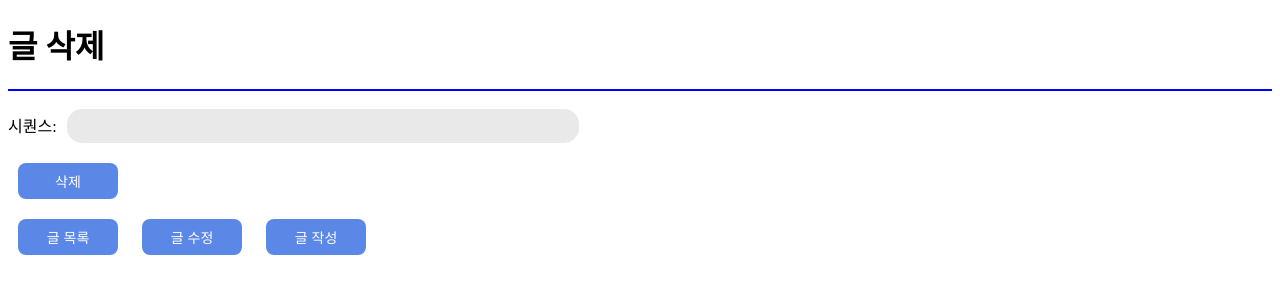
Repository: Yusubin/workEx
Page: test00/src/main/webapp/deleteForm.html
An editor plug-in stored every save of this project. The page is shown before and after the next save, followed by the edit.
The browser window is 1280 px wide. The pictures show the whole page.

Above is the page before, as saved 2022-02-15 03:29:56.

### test00/src/main/webapp/deleteForm.html
<!DOCTYPE html>
<html>
<head>
<meta charset="UTF-8">
<title>Insert title here</title>
<link rel="stylesheet" type="text/css" href="css/style.css">
</head>
<body>
<h1>글 삭제</h1>
	<hr color="blue">
	<form action="delete.jsp" method="get">
		시퀀스:<input type="text" name="idx"><br>
	<button>삭제</button>
	</form>
	<button onclick="location = 'boardList.jsp';">글 목록</button>
	<button onclick="location = 'modifyForm.html';">글 수정</button>
	<button onclick="location = 'index.html';">글 작성</button>
</body>
</html>

### test00/src/main/webapp/css/style.css
@charset "UTF-8";

input {
  width: 500px;
  height: 32px;
  font-size: 15px;
  border: 0;
  border-radius: 15px;
  outline: none;
  padding-left: 10px;
  background-color: rgb(233, 233, 233);
  margin:10px;
}

.container {width:100%;}

.section {
	width:900px;
	margin:0 auto;
}

.bluetop {
	border-collapse: collapse;
	border-top: 3px solid #168;
	width:100%;
}
.bluetop th {
  color: #168;
  background: #f0f6f9;
}
.bluetop th, .bluetop td {
  padding: 10px;
  border: 1px solid #ddd;
}
.bluetop th:first-child, .bluetop td:first-child {
  border-left: 0;
}
.bluetop th:last-child, .bluetop td:last-child {
  border-right: 0;
}

#btn, button{cursor:pointer; width:100px; border:0; border-radius:8px; background:#5B88E7; color:#fff; height:36px; font-size:14px; display:inline-block; text-align:center; line-height:36px; margin:10px;}

/*button*/
.btns {float:right;padding-top:5px;}
.btn_style_submit{width:100px; border:0; border-radius:8px; background:#5B88E7; color:#fff; height:36px; font-size:14px; display:inline-block; text-align:center; line-height:36px;}
.btn_style_cancel{width:100px; border:0; border-radius:8px; background:#000; color:#fff; height:36px; font-size:14px; display:inline-block; text-align:center; line-height:36px;}
.btn_style_edit{width:100px; border:0; border-radius:8px; background:#0BB5C2; color:#fff; height:36px; font-size:14px; display:inline-block; text-align:center; line-height:36px;}
.btn_style_delete{width:100px; border:0; border-radius:8px; background:#000; color:#fff; height:36px; font-size:14px; display:inline-block; text-align:center; line-height:36px;}

After the next save:
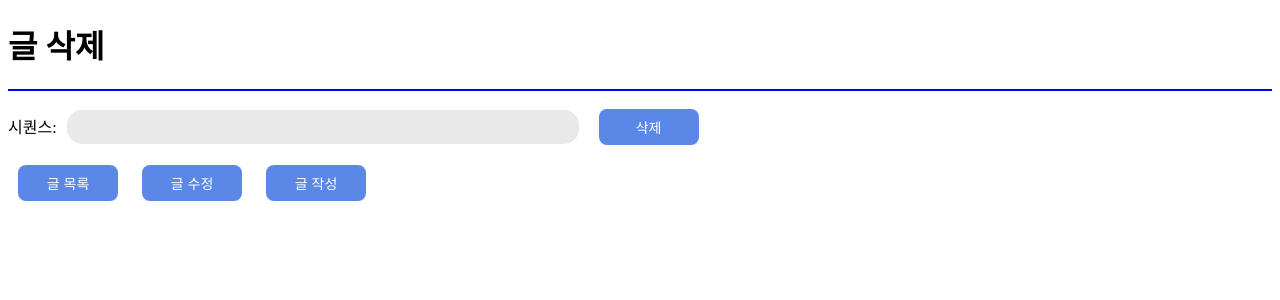
Saved 8 s later.
--- a/test00/src/main/webapp/deleteForm.html
+++ b/test00/src/main/webapp/deleteForm.html
@@ -9,8 +9,8 @@
 <h1>글 삭제</h1>
 	<hr color="blue">
 	<form action="delete.jsp" method="get">
-		시퀀스:<input type="text" name="idx"><br>
-	<button>삭제</button>
+		시퀀스:<input type="text" name="idx"><button>삭제</button><br>
+
 	</form>
 	<button onclick="location = 'boardList.jsp';">글 목록</button>
 	<button onclick="location = 'modifyForm.html';">글 수정</button>
